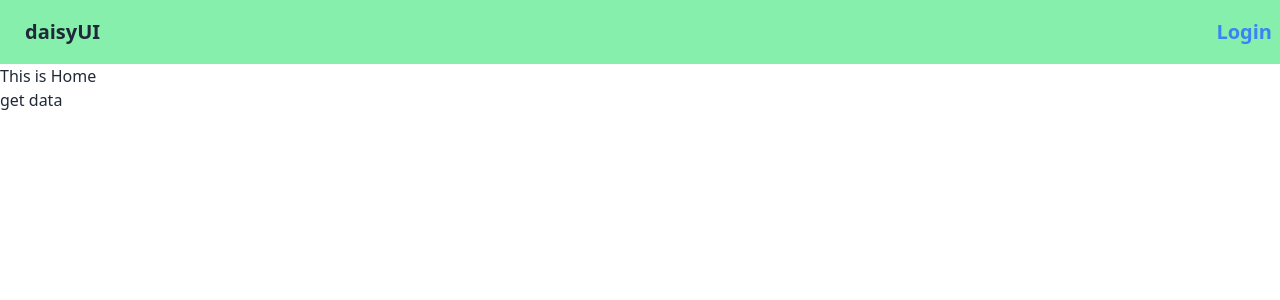
Repository: mohamedk98/Sparrow
Page: / (app in client/)
The author's editor kept a copy of each file at every save. The page is drawn from the files as they stood at one save, then again after the next save.
The browser window is 1280 px wide. The pictures show the whole page.
The project was rebuilt for these pictures with package versions that can differ from the ones it lists, and the page was loaded fresh each time. Also part of the build but not shown: client/src/App.css, client/src/pages/Login.js, client/src/pages/Profile.js.

Above is the page before, as saved 2022-06-29 14:57:43.

### client/src/index.js
import React from "react";
import ReactDOM from "react-dom/client";
import "./index.css";
import App from "./App";
import { Provider } from "react-redux";
import { store } from "./store/store";
const root = ReactDOM.createRoot(document.getElementById("root"));
root.render(
  <Provider store={store}>
    <App />
  </Provider>
);

### client/src/App.js
import React,{useEffect} from "react";
import "./App.css";
import { BrowserRouter, Routes, Route } from "react-router-dom";
import Home from "./pages/Home";
import Login from "./pages/Login";
import Profile from "./pages/Profile";
import Header from "./components/Header";
import {useDispatch, useSelector} from "react-redux"
import {addAuthentication,removeAuthentication } from "./store/slicers/user";
import axiosInstance from "./network/axiosInstance";
function App() {
  const dispatch = useDispatch()
  // const authState = useSelector(state=>state.user.auth)
  // useEffect(()=>{
  //  if (Object.keys(authState).length !== 0 ){
  //   dispatch(autoLogin())
  //  }
  //  else {
  //   dispatch(removeAuth())
  //  }
  // },[])
  return (
    <BrowserRouter>
      <Header/>
      <Routes>
        <Route path="/" element={<Home />} />
        <Route path="/login" element={<Login />} />
        <Route path="/profile" element={<Profile/>} />
      </Routes>
    </BrowserRouter>
  );
}

export default App;

### client/src/store/store.js
import { configureStore } from '@reduxjs/toolkit'
import userReducer from "./slicers/user"
export const store = configureStore({
  reducer: {user:userReducer},
})

### client/src/pages/Home.js
import React, { useState } from "react";
import axios from "axios";
import { useNavigate } from "react-router-dom";
import Header from "../components/Header";
function Home(props) {
  const [requestData, setRequestData] = useState("No Data....");
  // const navigate = useNavigate()
  const getData = () => {
    axios.get("/").then((response) => {
      console.log(response.data)
    });
  };
  return (
    <>
      <h1>This is Home</h1>
      <button onClick={getData}>get data</button>
    </>
  );
}

export default Home;

### client/src/components/Header.js
import axios from "axios";
import React from "react";
import { useDispatch, useSelector } from "react-redux";
import { Link, useNavigate } from "react-router-dom";
import axiosInstance from "../network/axiosInstance";
import { removeAuthentication } from "../store/slicers/user";

function Header() {
  const authState = useSelector((state) => state.user.authenticationData);
  const dispatch = useDispatch();
  const navigate = useNavigate();
  const logoutHandler = () => {
    dispatch(removeAuthentication());
    axiosInstance.get("/logout").then(() => {
      navigate("/");
    });
  };
  return (
    <div className="navbar bg-green-300">
      <div className="flex-1">
        <Link className="btn btn-ghost normal-case text-xl" to={"/"}>
          daisyUI
        </Link>
      </div>
      <div className="flex-none gap-2">
        <div className="form-control">
          <Link to={"/login"} className="text-blue-500 text-xl font-bold">
            Login
          </Link>
        </div>
        {Object.keys(authState).length !== 0 ? (
          <div className="dropdown dropdown-end">
            <label tabIndex="0" className="btn btn-ghost btn-circle avatar">
              <div className="w-10 rounded-full">
                <img src="https://api.lorem.space/image/face?hash=33791" />
              </div>
            </label>
            <ul
              tabIndex="0"
              className="mt-3 p-2 shadow menu menu-compact dropdown-content bg-base-100 rounded-box w-52"
            >
              <li>
                <Link className="" to={"/profile"}>
                  Profile
                </Link>
              </li>
              <li>
                <a>Settings</a>
              </li>
              <li>
                <a onClick={logoutHandler}>Logout</a>
              </li>
            </ul>
          </div>
        ) : null}
      </div>
    </div>
  );
}

export default Header;

### client/src/store/slicers/user.js
import { createSlice } from "@reduxjs/toolkit";
//authentication and refresh token data reducers
const initialState = {
  authenticationData: {},
};

export const userSlice = createSlice({
  name: "user",
  initialState,
  reducers: {
    //add data to the store and local storage
    addAuthentication: (state, action) => {
      state.authenticationData = { ...action.payload };
      localStorage.setItem("refreshToken", state.authenticationData.refreshToken);
      localStorage.setItem("refreshTokenId", state.authenticationData.refreshTokenId);
      localStorage.setItem("hasExpiry", state.authenticationData.hasExpiry);
    },
    //remove data from storage (used in logout)
    removeAuthentication: (state) => {
      state.auth = {};
      localStorage.removeItem("refreshToken");
      localStorage.removeItem("refreshTokenId");
      localStorage.removeItem("hasExpiry");
    },

  },
});

// Action creators are generated for each case reducer function
export const { addAuthentication, removeAuthentication } = userSlice.actions;

export default userSlice.reducer;

### client/src/network/axiosInstance.js
import axios from "axios";

const getRefreshTokenData = () => {
  const refreshToken = localStorage.getItem("refreshToken");
  const refreshTokenId = localStorage.getItem("refreshTokenId");
  const hasExpiry = localStorage.getItem("hasExpiry");

  return {
    refreshToken,
    refreshTokenId,
    hasExpiry,
  };
};

const setRefreshTokenData = (data)=>{
    localStorage.setItem("refreshToken", data.refreshToken);
    localStorage.setItem("refreshTokenId", data.refreshTokenId);
    localStorage.setItem("hasExpiry", data.hasExpiry);
}

const axiosInstance = axios.create({
  baseURL: "http://localhost:4000",
  withCredentials: true,
});

axiosInstance.interceptors.request.use =
  ((request) => {
    const refreshTokenData = getRefreshTokenData();
    if (refreshTokenData) {
      request.body = refreshTokenData;
      console.log(request);
    }
    return request;
  },
  (error) => {
    return Promise.reject(error);
  });

axiosInstance.interceptors.request.use =
  ((response) => {
    return response;
  },
  async (error) => {
    const originalRequest = error.request;
    if (error.response) {
      if (error.response.status === 401 || error.response.status === 403 && !originalRequest._retry) {
        originalRequest._retry = true;
        try{
            const newRefreshToken = await axiosInstance.post("/token",getRefreshTokenData())
            setRefreshTokenData(newRefreshToken.data)

        }
        catch{}
      }
    }
  });

export default axiosInstance;

Loaded but not shown: client/public/index.html (common file); client/src/index.css (common file); client/tailwind.config.js (common file)

After the next save:
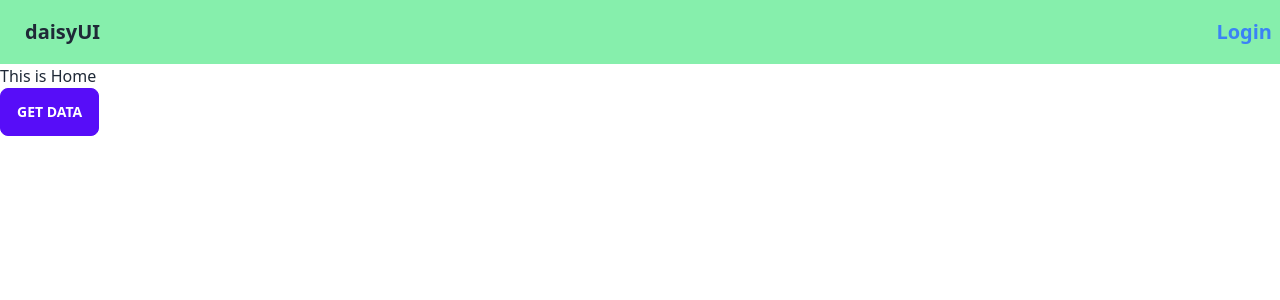
Saved 22 s later.
--- a/client/src/pages/Home.js
+++ b/client/src/pages/Home.js
@@ -13,7 +13,7 @@ function Home(props) {
   return (
     <>
       <h1>This is Home</h1>
-      <button onClick={getData}>get data</button>
+      <button onClick={getData} className="btn btn-primary">get data</button>
     </>
   );
 }
